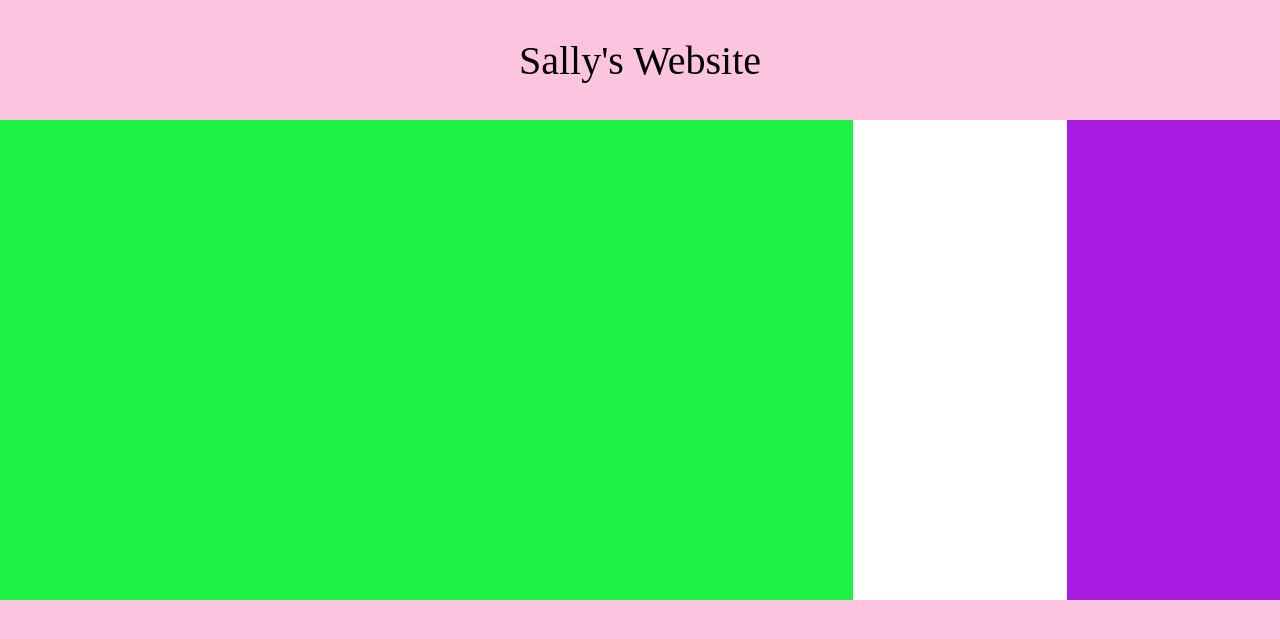
Repository: tianjiewang2022/tianjiewang2022.github.io
Page: index.html
An editor plug-in stored every save of this project. The page is shown before and after the next save, followed by the edit.
The browser window is 1280 px wide. The pictures show the whole page.

Above is the page before, as saved 2023-10-02 22:19:42.

### index.html
<!DOCTYPE html>
<html lang="en">

    <head>
        <meta charset="UTF-8">
        <meta name="viewport" content="width=device-width, initial-scale=1.0">
        <title>Sally's Webpage</title>
        <style>
            body {
                margin: 0;
                padding: 0;
                display: grid;
                grid-template-rows: repeat(6, 1fr);
                grid-template-columns: repeat(6, 1fr);
                height: 100vh;
            }

            header {
                background-color: rgb(252, 196, 223);
                color: rgb(0, 0, 0);
                grid-column: 1 / span 6;
                grid-row: 1 / span 1;
                display: flex;
                justify-content: center;
                align-items: center;
                font-size: 40px;
                z-index: 100;
                height: calc(100vh / 6);
                /* Set the height of the header */
            }

            .left_bar {
                background-color: rgb(30, 232, 232);
                grid-row: 2 / span 4;
                grid-column: 1 / span 1;
                position: fixed;
                height: calc(4 * (100vh / 6));
                /* Set the height of the left bar */
                width: calc(1 * (100vw / 6));
                /* Set the width of the left bar */
                left: 0;
                /* Position the left bar at the left side */
            }

            .main_area {
                background-color: rgb(30, 240, 72);
                grid-row: 2 / span 4;
                grid-column: 2 / span 2;
                display: flex;
                grid-template-columns: 1fr;
                flex-wrap: wrap;
                justify-content: center;
                position: relative;
                height: calc(4 * (100vh / 6));
                width: calc(4 * (100vw / 6));
                align-items: center;
            }

            .main_area {
                background-color: rgb(30, 240, 72);
                grid-row: 2 / span 4;
                grid-column: 2 / span 2;
                display: flex;
                flex-wrap: wrap;
                justify-content: center;
                /* Center content horizontally within the "main_area" */
                align-items: center;
                position: relative;
                height: calc(4 * (100vh / 6));
                /* Set the height of the main area */
                width: calc(4 * (100vw / 6));
                /* Set the width of the main area */
                /* Set the height of the main area */
            }

            .right_bar {
                background-color: rgb(168, 27, 224);
                grid-row: 2 / span 4;
                grid-column: 1 / span 1;
                position: fixed;
                height: calc(4 * (100vh / 6));
                /* Set the height of the left bar */
                width: calc(1 * (100vw / 6));
                /* Set the width of the left bar */
                right: 0;
                /* Position the left bar at the left side */
            }

            footer {
                background-color: rgb(252, 196, 223);
                grid-column: 1 / span 6;
                grid-row: 6 / span 1;
                /* Place the footer in the last row */
                display: flex;
                justify-content: center;
                align-items: center;
                z-index: 100;
                height: calc(100vh / 6);
                /* Set the height of the footer */
            }
        </style>
    </head>

    <body>
        <header>
            Sally's Website
        </header>
        <div>
            <!-- Your content goes here -->
            <span class="left_bar"></span>
            <span class="right_bar"></span>
            <span class="main_area"></span>

        </div>
        <footer></footer>
    </body>

</html>

After the next save:
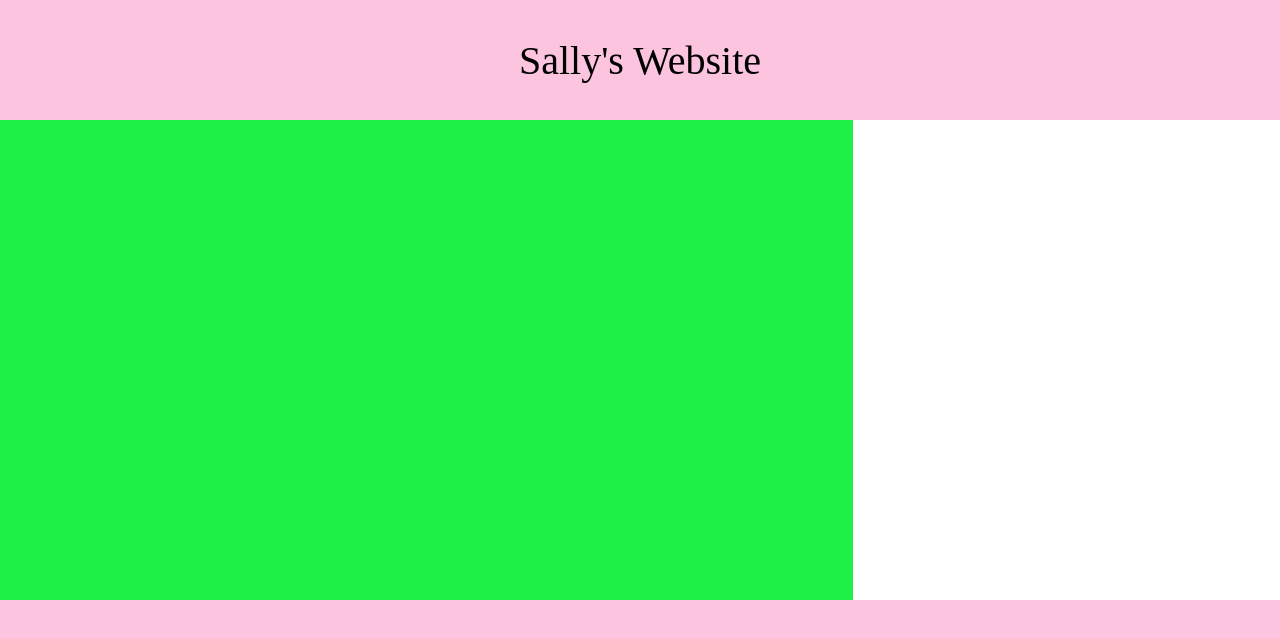
Saved 24 min 16 s later.
--- a/index.html
+++ b/index.html
@@ -56,7 +56,7 @@
                 align-items: center;
             }
 
-            .main_area {
+            /* .main_area {
                 background-color: rgb(30, 240, 72);
                 grid-row: 2 / span 4;
                 grid-column: 2 / span 2;
@@ -64,16 +64,16 @@
                 flex-wrap: wrap;
                 justify-content: center;
                 /* Center content horizontally within the "main_area" */
-                align-items: center;
-                position: relative;
-                height: calc(4 * (100vh / 6));
-                /* Set the height of the main area */
-                width: calc(4 * (100vw / 6));
-                /* Set the width of the main area */
-                /* Set the height of the main area */
+            align-items: center;
+            position: relative;
+            height: calc(4 * (100vh / 6));
+            /* Set the height of the main area */
+            width: calc(4 * (100vw / 6));
+            /* Set the width of the main area */
+            /* Set the height of the main area */
             }
 
-            .right_bar {
+            */ .right_bar {
                 background-color: rgb(168, 27, 224);
                 grid-row: 2 / span 4;
                 grid-column: 1 / span 1;

After the save that followed:
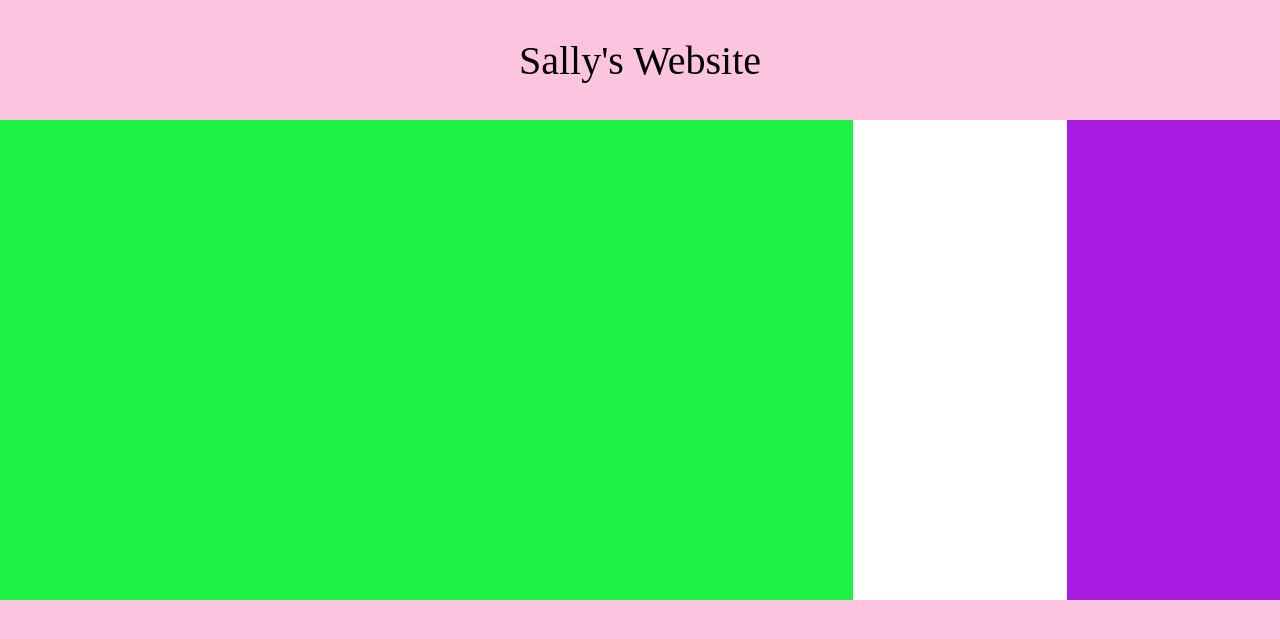
Saved 3 min 0 s later.
--- a/index.html
+++ b/index.html
@@ -56,24 +56,7 @@
                 align-items: center;
             }
 
-            /* .main_area {
-                background-color: rgb(30, 240, 72);
-                grid-row: 2 / span 4;
-                grid-column: 2 / span 2;
-                display: flex;
-                flex-wrap: wrap;
-                justify-content: center;
-                /* Center content horizontally within the "main_area" */
-            align-items: center;
-            position: relative;
-            height: calc(4 * (100vh / 6));
-            /* Set the height of the main area */
-            width: calc(4 * (100vw / 6));
-            /* Set the width of the main area */
-            /* Set the height of the main area */
-            }
-
-            */ .right_bar {
+            .right_bar {
                 background-color: rgb(168, 27, 224);
                 grid-row: 2 / span 4;
                 grid-column: 1 / span 1;
